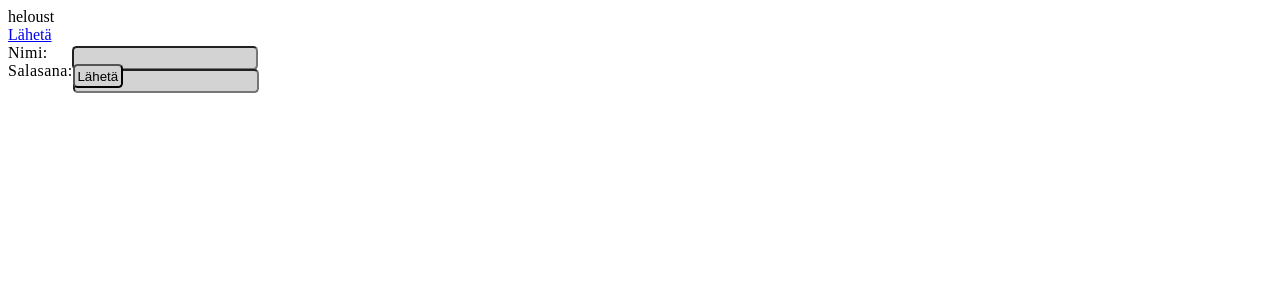
Repository: sirkian/ohj2-t4
Page: http://localhost/Kommunikaatio/
These files come from the project's save history. The page is drawn as it stood at one moment and after the next save; the edit follows.
The browser window is 1280 px wide. The pictures show the whole page.
The page is served by Tomcat 9.

Above is the page before, as saved 2022-03-19 14:08:20.

After the next save:
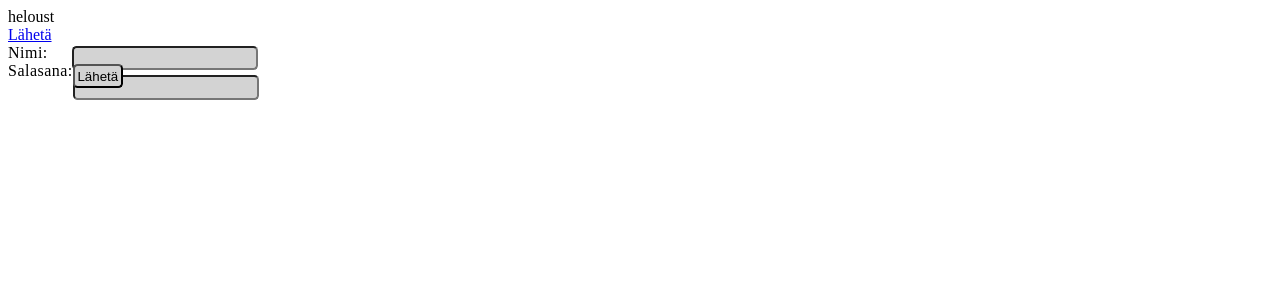
Saved 6 s later.
--- a/Kommunikaatio/src/main/webapp/index.jsp
+++ b/Kommunikaatio/src/main/webapp/index.jsp
@@ -21,7 +21,7 @@ input {
 	left: 5.4em;
 }
 .pw {
-	top: 5em;
+	top: 5.5em;
 }
 form {
 	letter-spacing: 0.03em;
